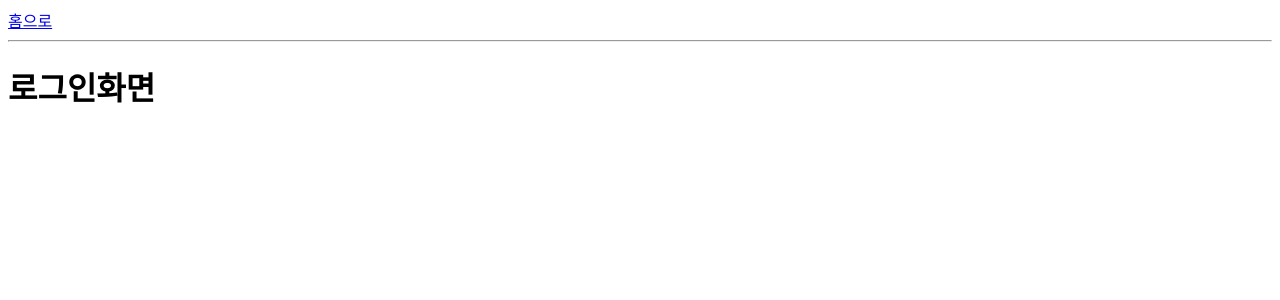
Repository: honsb91/Study_Spring
Page: http://localhost/01.Web/login
The author's editor kept a copy of each file at every save. The page is drawn from the files as they stood at one save, then again after a run of saves.
The browser window is 1280 px wide. The pictures show the whole page.
The page is served by Tomcat 9.

Above is the page before, as saved 2023-12-21 01:27:06.

After the next 2 saves:
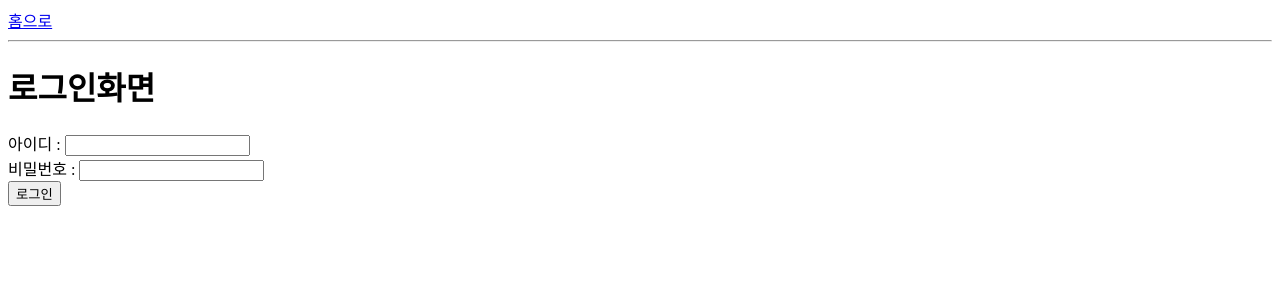
The 2 saves are shown as one change because they came seconds apart.
The last was saved 2 min 11 s later.
--- a/WorkSpace/01.Web/src/main/webapp/WEB-INF/views/member/login.jsp
+++ b/WorkSpace/01.Web/src/main/webapp/WEB-INF/views/member/login.jsp
@@ -11,5 +11,10 @@
 	<a href="<c:url value='/'/>">홈으로</a>
 	<hr>
 	<h1>로그인화면</h1>
+	<form method="post"	action="login_result">
+		<div>아이디 : <input type = "text" name="userid"></div>
+		<div>비밀번호 : <input type = "password" name="userpw"></div>
+		<div><input type="submit" value="로그인"></div>
+	</form>
 </body>
 </html>
